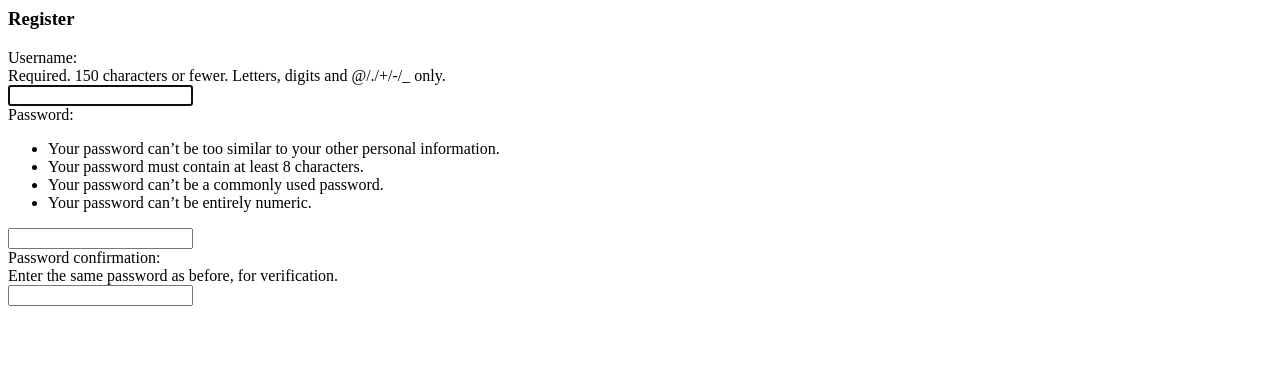
Repository: rohollah-naghipour/Login-form
Page: http://localhost/register/
These files come from the project's save history. The page is drawn as it stood at one moment and after the next save; the edit follows.
The browser window is 1280 px wide. The pictures show the whole page.
The page is served by the project's application, run on Django 5.2 (manage.py).

Above is the page before, as saved 2024-12-04 14:21:59.

After the next save:
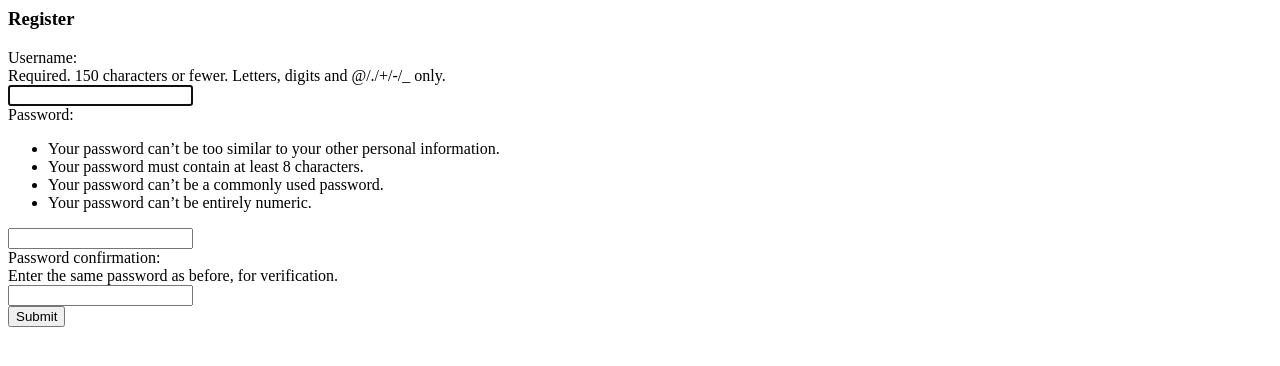
Saved 2 min 13 s later.
--- a/users/templates/register.html
+++ b/users/templates/register.html
@@ -4,4 +4,5 @@
 <form method="POST" , action="">
         {{form}}
 
+<input type="submit" name = 'create user'>
 </form>
